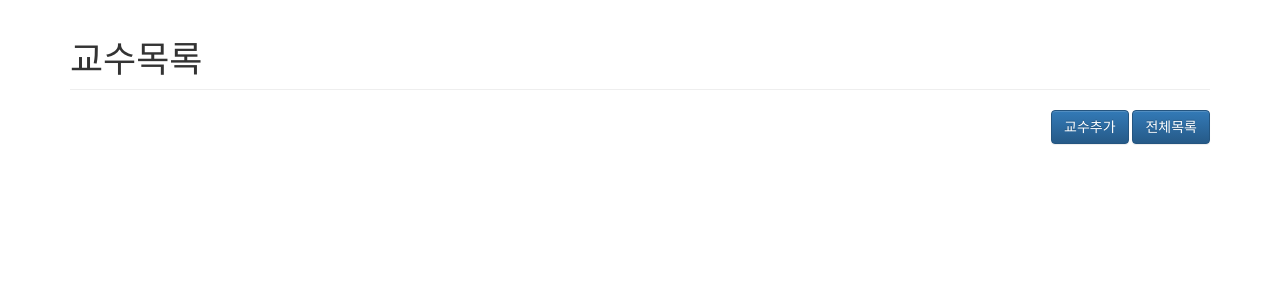
Repository: philip-yoo/test4
Page: http://localhost/44-MySchoolEx/prof_list.jsp
The author's editor kept a copy of each file at every save. The page is drawn from the files as they stood at one save, then again after the next save.
The browser window is 1280 px wide. The pictures show the whole page.
The page is served by Tomcat 9. Queries for data that is not in the repository find no rows.

Above is the page before, as saved 2020-11-04 07:30:54.

After the next save:
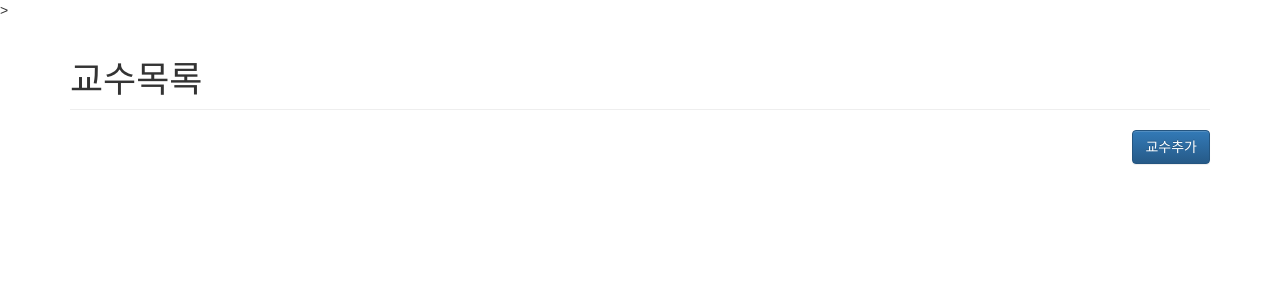
Saved 5 min 26 s later.
--- a/JSP/44-MySchoolEx/WebContent/prof_list.jsp
+++ b/JSP/44-MySchoolEx/WebContent/prof_list.jsp
@@ -1,86 +1,87 @@
+<%@page import="study.java.myschool.model.Professor"%>
 <%@page import="study.java.myschool.service.impl.ProfessorServiceImpl"%>
 <%@page import="study.java.myschool.service.ProfessorService"%>
-<%@page import="study.java.myschool.model.Professor"%>
-<%@page import="java.util.List"%>
-<%@page import="study.java.myschool.MyBatisConnectionFactory"%>
-<%@page import="org.apache.ibatis.session.SqlSession"%>
-<%@page import="org.apache.logging.log4j.LogManager"%>
-<%@page import="org.apache.logging.log4j.Logger"%>
-<%@ page language="java" contentType="text/html; charset=UTF-8" pageEncoding="UTF-8"%>
+<%@ page language="java" contentType="text/html; charset=utf-8" pageEncoding="utf-8"%>
 <%@ page trimDirectiveWhitespaces="true" %>
+<%@ page import="java.util.List" %>
+<%@ page import="study.java.myschool.MyBatisConnectionFactory" %>>
+<%@ page import="org.apache.ibatis.session.SqlSession" %>
+<%@ page import="org.apache.logging.log4j.LogManager" %>
+<%@ page import="org.apache.logging.log4j.Logger" %>
 <%
-	/** 처리 결과를 기록할 Log4J 객체 생성 */
-	// --> import org.apache.logging.log4j.LogManager;
-	// --> import org.apache.logging.log4j.Logger;
-	Logger logger = LogManager.getFormatterLogger("prof_list.jsp");
 
-	/** 데이 터베이스 접속 */
-	// --> import org.apache.ibatis.session.SqlSession;
-	SqlSession sqlSession = MyBatisConnectionFactory.getSqlSession();
+Logger logger = LogManager.getFormatterLogger("prof_list.jsp");
+// 데이터베이스 접속
+// -> import org.apache.ibatis.session.SqlSession;
+SqlSession sqlSession = MyBatisConnectionFactory.getSqlSession();
 
-	/** 데이터 처리 수행 */
-	// 비지니스 로직을 위한 Service 객체 생성
-	// --> import study.java.myschool.service.DepartmentService;
-	// --> import study.java.myschool.service.impl.DepartmentServiceImpl;
-	ProfessorService professorService = new ProfessorServiceImpl(sqlSession);
-	// 조회 결과가 저장될 객체 선언 --> import java.util.List;
-	List<Professor> list = null;
+// 데이터 처리 수행
+// 비지니스 로직을 위한 Service 객체 생성
+//--> import study.java.myschool.service.departmentservice;
+//--> import study.java.myschool.service.impl.DepartmentServiceImpl;
+ProfessorService professorService = new ProfessorServiceImpl(sqlSession);
+//조회 결과가 저장될 객체 선언 --> import java.util.List;
+List<Professor> list = null;
 
-	try {
-		// 학과 조회하기
-		list = professorService.getProfessorList();
-	} catch (NullPointerException e) {
-		logger.error("조회된 데이터가 없습니다.");
-	} catch (Exception e) {
-		logger.error("데이터 조회에 실패했습니다." + e.getMessage());
-	}
+try {
+   // 학과 조회하기
+   list = professorService.getProfessorList();
+    } catch (NullPointerException e) {
+       logger.error("조회된 데이터가 없습니다.");
+    } catch (Exception e) {
+       logger.error("데이터 조회에 실패했습니다." + e.getMessage());
+}
+
+
 %>
+
+
+
 <!doctype html>
 <html>
 
 <head>
     <meta charset="UTF-8" />
-    <title>Professor JSP</title>
+    <title>My JSP Page</title>
     <!-- Twitter Bootstrap3 & jQuery -->
-	<link rel="stylesheet" href="https://maxcdn.bootstrapcdn.com/bootstrap/3.3.1/css/bootstrap.min.css" />
-	<link rel="stylesheet" href="https://maxcdn.bootstrapcdn.com/bootstrap/3.3.1/css/bootstrap-theme.min.css" />
-	<script src="http://code.jquery.com/jquery.min.js"></script>
-	<script src="https://maxcdn.bootstrapcdn.com/bootstrap/3.3.1/js/bootstrap.min.js"></script>
+   <link rel="stylesheet" href="https://maxcdn.bootstrapcdn.com/bootstrap/3.3.1/css/bootstrap.min.css" />
+   <link rel="stylesheet" href="https://maxcdn.bootstrapcdn.com/bootstrap/3.3.1/css/bootstrap-theme.min.css" />
+   <script src="http://code.jquery.com/jquery.min.js"></script>
+   <script src="https://maxcdn.bootstrapcdn.com/bootstrap/3.3.1/js/bootstrap.min.js"></script>
 </head>
 
 <body>
-    <div class="container">
-    	<h1 class="page-header">교수목록</h1>
-    	<p class="text-right">
-    		<a href="prof_add.jsp" class="btn btn-primary">교수추가</a>
-    		<a href="index.jsp" class="btn btn-primary">전체목록</a>
-    	</p>
-    	<ul class="list-group">
-    		<%
-    			if (list != null) {
-    				// 조회결과를 반복문으로 스캔하면서 출력한다.
-    				for (int i=0; i<list.size(); i++) {
-    					Professor temp = list.get(i);
-    					logger.debug(String.format("조회결과[%d] >> %s", i, temp.toString()));
-    		%>
-    			<li class="list-group-item">
-    				<a href="prof_view.jsp?profno=<%=temp.getProfno()%>" style="text-decoration:none;">
-    					<%=temp.getProfno()%> / <%=temp.getName()%> / <%=temp.getUserid()%> /
-    					<%=temp.getPosition()%> / <%=temp.getSal()%> / <%=temp.getHiredate()%> /
-    					<%=temp.getComm()%> / <%=temp.getDeptno()%>
-    				</a>
-    			</li>
-    		<%
-    				}
-    			}
-    		%>
-    	</ul>
-    </div>
+<div class="container">
+      <h1 class="page-header">교수목록</h1>
+
+      <p class="text-right">
+         <a href="prof_add.jsp" class="btn btn-primary">교수추가</a>
+
+
+
+      </p>
+      <ul class="list-group">
+      <%
+         if (list != null) {
+            // 조회결과를 반복문으로 스캔하면서 출력한다.
+            for (int i=0; i<list.size(); i++) {
+               Professor temp = list.get(i);
+               logger.debug(String.format("조회결과[%d] >> %s", i, temp.toString()));
+      %>
+         <li class="list-group-item">
+            <a href="prof_view.jsp?profno=<%=temp.getProfno()%>">
+            <%=temp.getProfno()%> / <%=temp.getName()%> /<%=temp.getPosition()%>
+            </a>
+         </li>
+      <%
+            }
+         }
+      %>
+      </ul>
+      </div>
 </body>
-
 </html>
-
 <%
-	/** 데이터베이스 접속 해제 */
-	sqlSession.close();
+   /** 데이터베이스 접속 해제 */
+   sqlSession.close();
 %>
